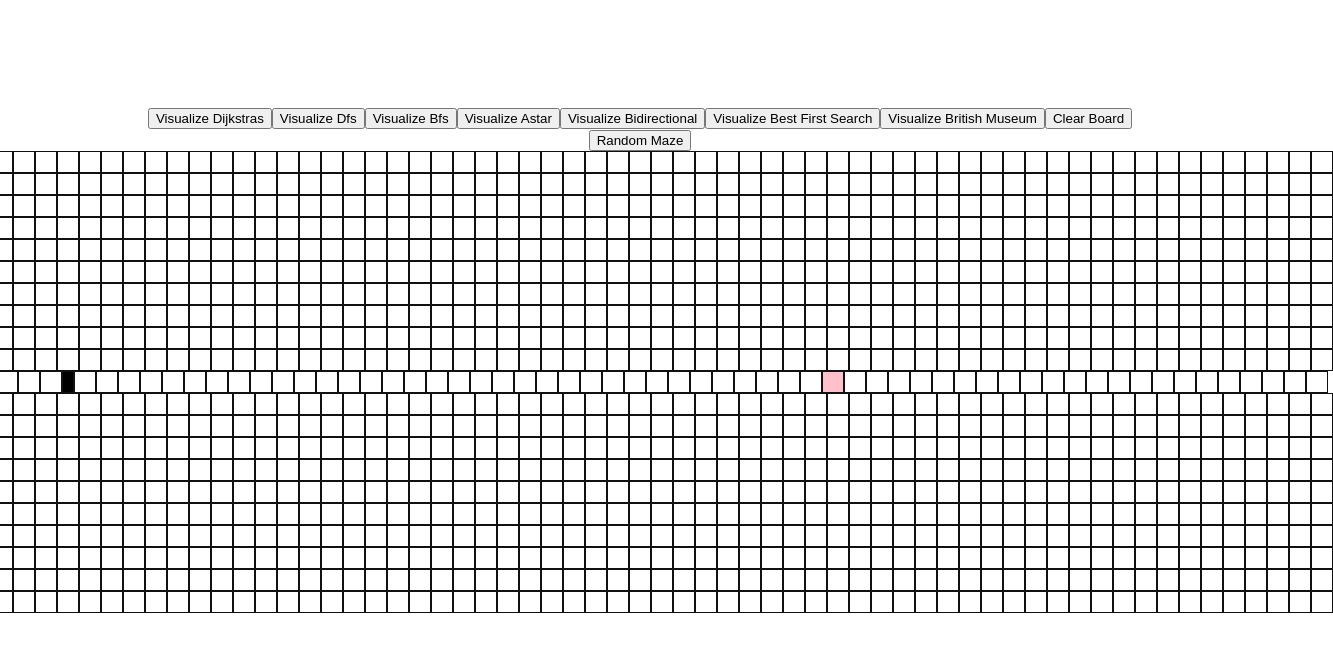
Repository: rehans-Life/Pathfinding-Visualizer
Page: /
These files come from the project's save history. The page is drawn as it stood at one moment and after a run of saves; the edit follows.
The browser window is 1280 px wide. The page is 1333 px wide, then 1280 px, so the pictures cover 1333 px, including what lies to the right of the window. The pictures show the whole page.
The project was rebuilt for these pictures with package versions that can differ from the ones it lists, and the page was loaded fresh each time. The framework's server and built-in components were replaced by stand-ins that run in the browser. Also part of the build but not shown: next.config.js.

Above is the page before, as saved 2023-03-11 09:48:18.

After the next 2 saves:
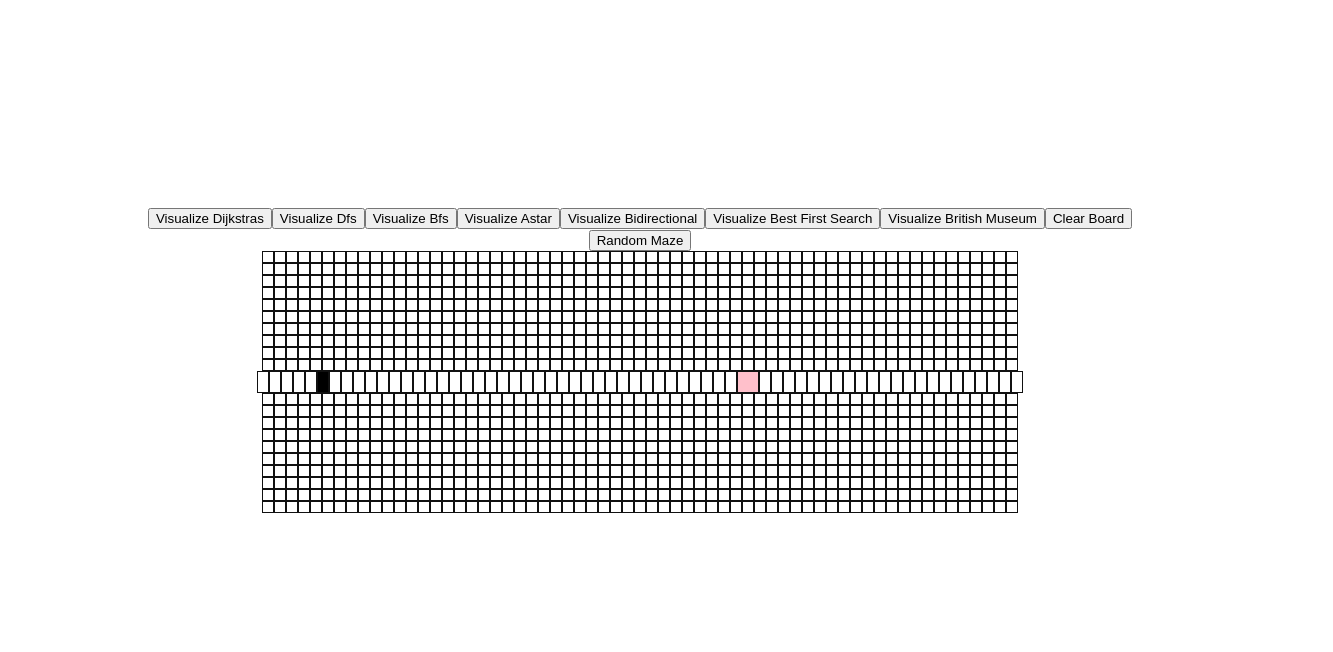
The 2 saves are shown as one change because they came seconds apart.
The last was saved 7 s later.
--- a/styles/Home.module.css
+++ b/styles/Home.module.css
@@ -7,7 +7,7 @@
   height: 100vh;
 }
 .node {
-  padding: 10px;
+  padding: 5px;
   border: 1px solid #111;
   width: 10px;
 }
@@ -33,7 +33,7 @@
 
 .wall {
   background-color: darkslateblue;
-  padding: 10px;
+  padding: 5px;
   border: 1px solid #111;
 }
 
